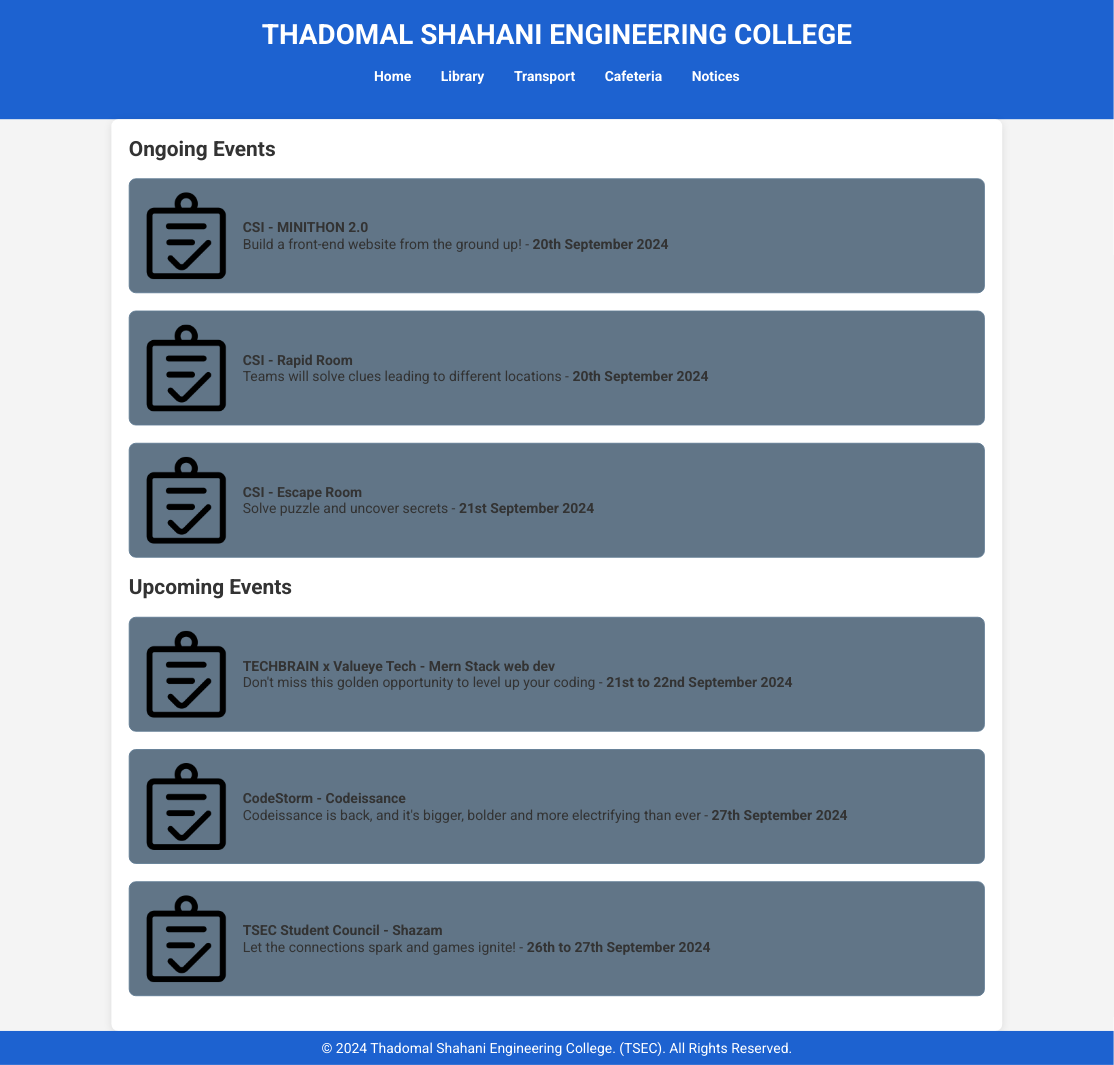
Repository: TejasS1233/MINITHON-hackathon-project
Page: Event.html
These files come from the project's save history. The page is drawn as it stood at one moment and after the next save; the edit follows.
The browser window is 1280 px wide. The pictures show the whole page, at 87% of full size.

Above is the page before, as saved 2024-09-20 11:00:33.

### Event.html
<!DOCTYPE html>
<html lang="en">

<head>
    <meta charset="UTF-8">
    <meta name="viewport" content="width=device-width, initial-scale=1.0">
    <title>Events | TSEC</title>
    <link rel="icon" href="favicon.ico" type="image/x-icon">
    <link rel="stylesheet" href="styles.css">
    <link rel="preconnect" href="https://fonts.googleapis.com">
    <link rel="preconnect" href="https://fonts.gstatic.com" crossorigin>
    <link href="https://fonts.googleapis.com/css2?family=Roboto:wght@400;700&display=swap" rel="stylesheet">
    <style>
        body {
            font-family: 'Roboto', sans-serif;
            background-color: #f4f4f4;
            margin: 0;
            padding: 0;
        }

        header {
            background-color: #1d62d0;
            color: white;
            padding: 20px;
            text-align: center;
        }

        nav {
            margin: 20px 0;
        }

        nav a {
            margin: 0 15px;
            color: #ffffff;
            font-weight: bold;
            text-decoration: none;
        }

        .container {
            width: 80%;
            margin: auto;
            padding: 20px;
            background: white;
            border-radius: 8px;
            box-shadow: 0 2px 10px rgba(0, 0, 0, 0.1);
        }

        .event-card {
            display: flex;
            align-items: center;
            background: #617587;
            border: 1px solid #5f7b93;
            border-radius: 8px;
            margin: 20px 0;
            padding: 15px;
        }

        .event-card img {
            width: 150px;
            height: 100px;
            border-radius: 8px;
            margin-right: 15px;
        }

        footer {
            text-align: center;
            padding: 10px 0;
            background-color: #1d62d0;
            color: white;
            position: relative;
            bottom: 0;
            width: 100%;
        }
        .event-card img {
            width: 100px;
            height: 100px;
            border-radius: 8px;
            margin-right: 15px;
        }
    </style>
</head>

<body>

    <header>
        <h1>THADOMAL SHAHANI ENGINEERING COLLEGE</h1>
        <nav>
            <a href="index.html">Home</a>
            <a href="#">Library</a>
            <a href="#">Transport</a>
            <a href="#">Cafeteria</a>
            <a href="#">Notices</a>
        </nav>
    </header>

    <div class="container">
        <h2>Ongoing Events</h2>
        <div class="event-card">
            <img src="Events.png" alt="Event 1">
            <div>
                <h4>CSI - MINITHON 2.0</h4>
                <p>Build a front-end website from the ground up! - <strong>20th September 2024</strong></p>
            </div>
        </div>

        <div class="event-card">
            <img src="Events.png" alt="Event 2">
            <div>
                <h4>CSI - Rapid Room</h4>
                <p>Teams will solve clues leading to different locations - <strong>20th September 2024</strong></p>
            </div>
        </div>

        <div class="event-card">
            <img src="Events.png" alt="Event 3">
            <div>
                <h4>CSI - Escape Room</h4>
                <p>Solve puzzle and uncover secrets - <strong>21st September 2024</strong></p>
            </div>
        </div>
        <h2>Upcoming Events</h2>
        <div class="event-card">
            <img src="Events.png" alt="Event 4">
            <div>
                <h4>TECHBRAIN x Valueye Tech - Mern Stack web dev</h4>
                <p>Don't miss this golden opportunity to level up your coding - <strong>21st to 22nd September 2024</strong></p>
            </div>
        </div>

        <div class="event-card">
            <img src="Events.png" alt="Event 5">
            <div>
                <h4>CodeStorm - Codeissance</h4>
                <p>Codeissance is back, and it's bigger, bolder and more electrifying than ever - <strong>27th September 2024</strong></p>
            </div>
        </div>

        <div class="event-card">
            <img src="Events.png" alt="Event 5">
            <div>
                <h4>TSEC Student Council - Shazam</h4>
                <p>Let the connections spark and games ignite! - <span style="font-weight: bold;">26th to 27th September 2024</p>
            </div>
        </div>
    </div>

    <footer>
        <p>&copy; 2024 Thadomal Shahani Engineering College. (TSEC). All Rights Reserved.</p>
    </footer>

</body>

</html>

### styles.css
/* Global Reset */
* {
    margin: 0;
    padding: 0;
    box-sizing: border-box;
}

/* Body Styling */
body {
    font-family: 'Arial', sans-serif;
    background-color: #f2f2f2; /* Light gray background */
    color: #333;
    padding: 20px;
}

/* Announcement Heading */
.announcement-heading {
    background-color: #333; /* Dark gray background for heading */
    color: #fff; /* White text color */
    padding: 20px 0;
    text-align: center;
    margin-bottom: 20px;
}

/* Announcement Grid */
.announcement-grid {
    display: grid;
    grid-template-columns: repeat(auto-fit, minmax(400px, 1fr));
    gap: 20px;
    margin-bottom: 10px;
}

/* Individual Announcement */
.announcement {
    background-color: #fff; /* White background for announcements */
    padding: 20px;
    border-radius: 8px; /* Rounded corners */
    box-shadow: 0 4px 8px rgba(0, 0, 0, 0.1); /* Subtle box shadow */
    height: 420px;
    position: relative;
}

.announcement h2 {
    font-size: 1.8em;
    margin-bottom: 10px;
    color: #333; /* Dark text color */
}

.announcement p {
    font-size: 1em;
    margin-bottom: 10px;
    color: #666; /* Slightly darker gray text color */
}

.cta-button {
    display: inline-block;
    background-color: #4CAF50; /* Green button */
    color: #fff; /* White text color */
    padding: 10px 20px;
    text-decoration: none;
    border-radius: 5px;
    margin-top: 10px;
    font-weight: bold;
    transition: background-color 0.3s ease;
    box-shadow: 0 2px 4px rgba(0, 0, 0, 0.1);
    position: absolute;
    bottom: 20px;
    overflow: hidden;
    text-align: center;
}

.cta-button:hover {
    background-color: #45a049;
    cursor: pointer;
}

/* Footer Styling */
footer {
    text-align: center;
    padding: 20px 0;
    background-color: #333;
    color: #fff;
    position: relative;
    width: 100%;
}

After the next save:
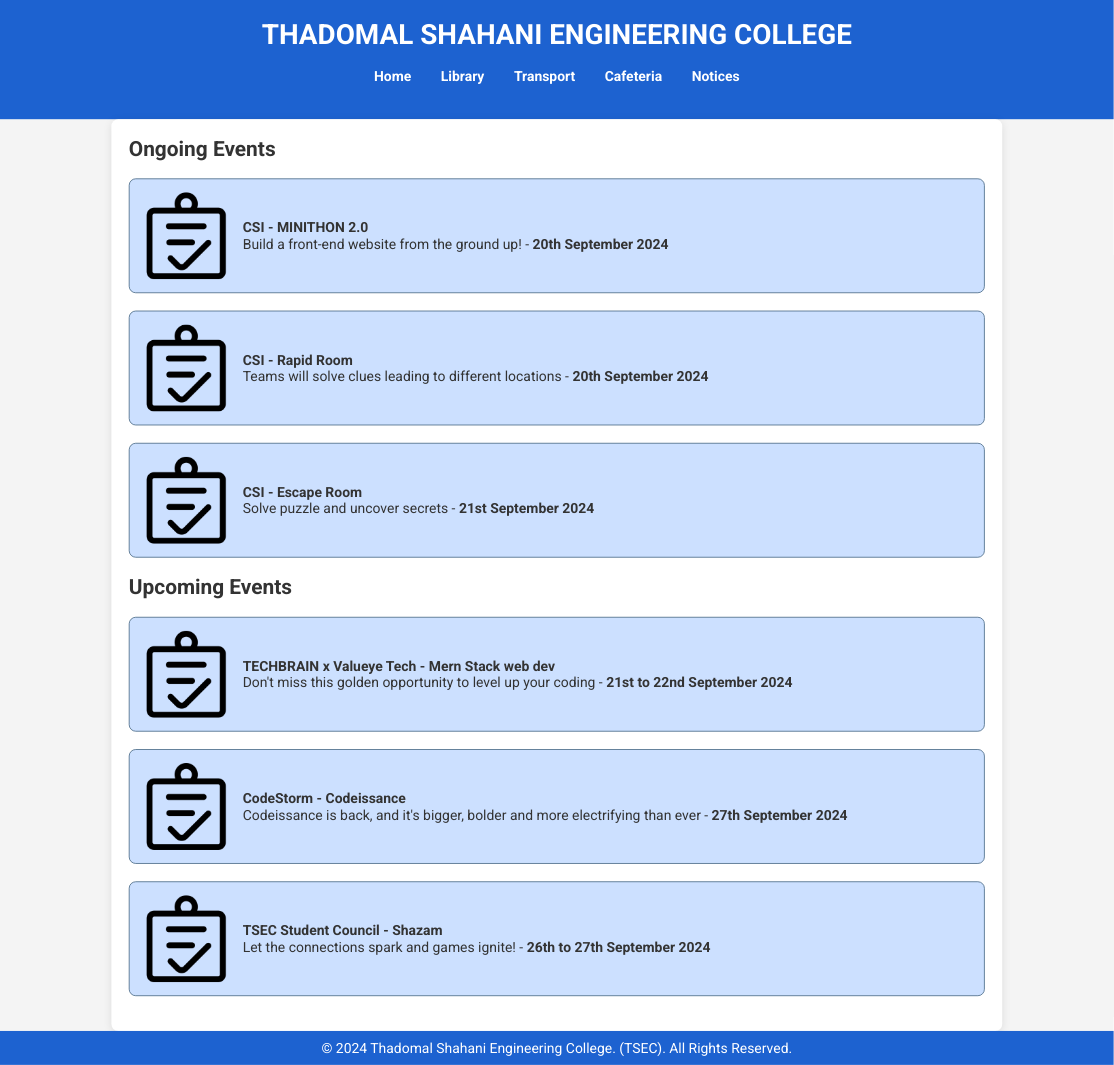
Saved 23 s later.
--- a/Event.html
+++ b/Event.html
@@ -48,8 +48,8 @@
         .event-card {
             display: flex;
             align-items: center;
-            background: #617587;
-            border: 1px solid #5f7b93;
+            background: #cce0ff;
+            border: 1px solid rgb(83, 114, 141);
             border-radius: 8px;
             margin: 20px 0;
             padding: 15px;
